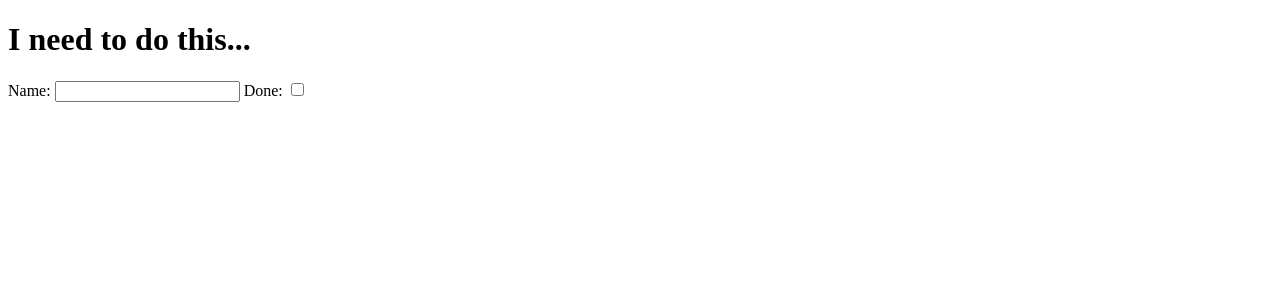
Repository: stiofanEimeid/ci-solutions
Page: http://localhost/add
The author's editor kept a record of every edit. The page is drawn from the files as they stood at one moment, then again after the next edit.
The browser window is 1280 px wide. The pictures show the whole page.
The page is served by the project's application, run on Django 2.2 (manage.py). Other server files are loaded and not shown.

Above is the page before.

### todo/views.py
from django.shortcuts import render, HttpResponse, redirect, get_object_or_404
from .models import Item
from .forms import ItemForm

# Create your views here.
def get_todo_list(request):
    results = Item.objects.all()
    return render(request, "todo_list.html", {'items': results})

def create_an_item(request):
    if request.method=="POST":
        form = ItemForm(request.POST, request.FILES)
        if form.is_valid():
            form.save()
            return redirect(get_todo_list)
    else:
        form = ItemForm()

    return render(request, 'item_form.html', {'form': form})

def edit_an_item(request, id):
    item = get_object_or_404(Item, pk=id)

    if request.method=="POST":
        form = ItemForm(request.POST, instance=item)
        if form.is_valid():
            form.save()
            return redirect(get_todo_list)
    else:
        form = ItemForm(instance=item)

    return render(request, 'item_form.html', {'form': form})

def toggle_status(request, id):
    item = get_object_or_404(Item, pk=id)
    item.done = not item.done
    item.save()
    return redirect(get_todo_list)

### todo/templates/item_form.html
<!DOCTYPE html>
<html lang="en">
<head>
    <meta charset="UTF-8">
    <meta name="viewport" content="width=device-width, initial-scale=1.0">
    <meta http-equiv="X-UA-Compatible" content="ie=edge">
    <title>Document</title>
</head>
<body>
    <h1>I need to do this...</h1>

    <form method="POST">
        <label for id="id_name">Name: </label>
        <input type="text" id="id_name" name="name"/>

        <label for id="id_done">Done: </label>
        <input type="checkbox" id="id_done" name="done"/>
    </form>

</body>
</html>

### todo/forms.py
from django import forms
from .models import Item

class ItemForm(forms.ModelForm):
    class Meta:
        model = Item
        fields = ('name', 'done')

### todo/models.py
from django.db import models

# Create your models here.
class Item(models.Model):
    name = models.CharField(max_length=30, blank=False)
    done = models.BooleanField(blank=False, default=False)

    def __str__(self):
        return self.name

### django_todo/urls.py
"""django_todo URL Configuration

The `urlpatterns` list routes URLs to views. For more information please see:
    https://docs.djangoproject.com/en/1.11/topics/http/urls/
Examples:
Function views
    1. Add an import:  from my_app import views
    2. Add a URL to urlpatterns:  url(r'^$', views.home, name='home')
Class-based views
    1. Add an import:  from other_app.views import Home
    2. Add a URL to urlpatterns:  url(r'^$', Home.as_view(), name='home')
Including another URLconf
    1. Import the include() function: from django.conf.urls import url, include
    2. Add a URL to urlpatterns:  url(r'^blog/', include('blog.urls'))
"""
from django.conf.urls import url
from django.contrib import admin
from todo.views import get_todo_list, create_an_item, edit_an_item, toggle_status

urlpatterns = [
    url(r'^admin/', admin.site.urls),
    url(r'^$', get_todo_list),
    url(r'^add$', create_an_item),
    url(r'^edit/(?P<id>\d+)$', edit_an_item),
    url(r'^toggle/(?P<id>\d+)$', toggle_status)
]

After the next edit:
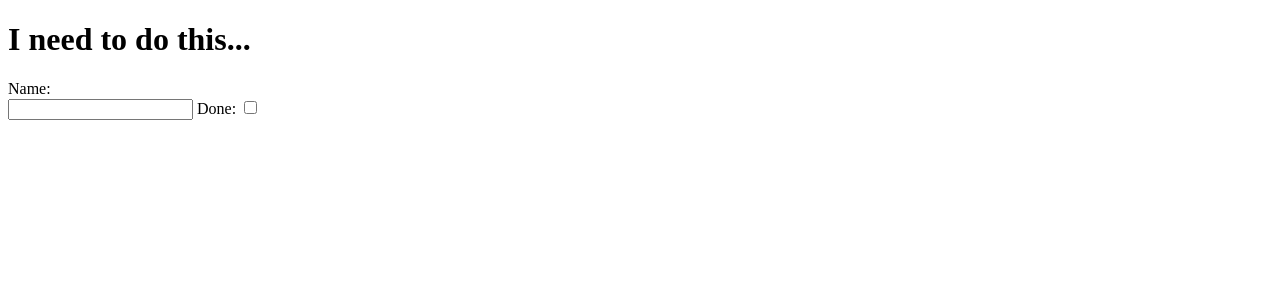
The edit:
--- a/todo/templates/item_form.html
+++ b/todo/templates/item_form.html
@@ -10,7 +10,7 @@
     <h1>I need to do this...</h1>
 
     <form method="POST">
-        <label for id="id_name">Name: </label>
+        <label for id="id_name">Name: </label><br>
         <input type="text" id="id_name" name="name"/>
 
         <label for id="id_done">Done: </label>
